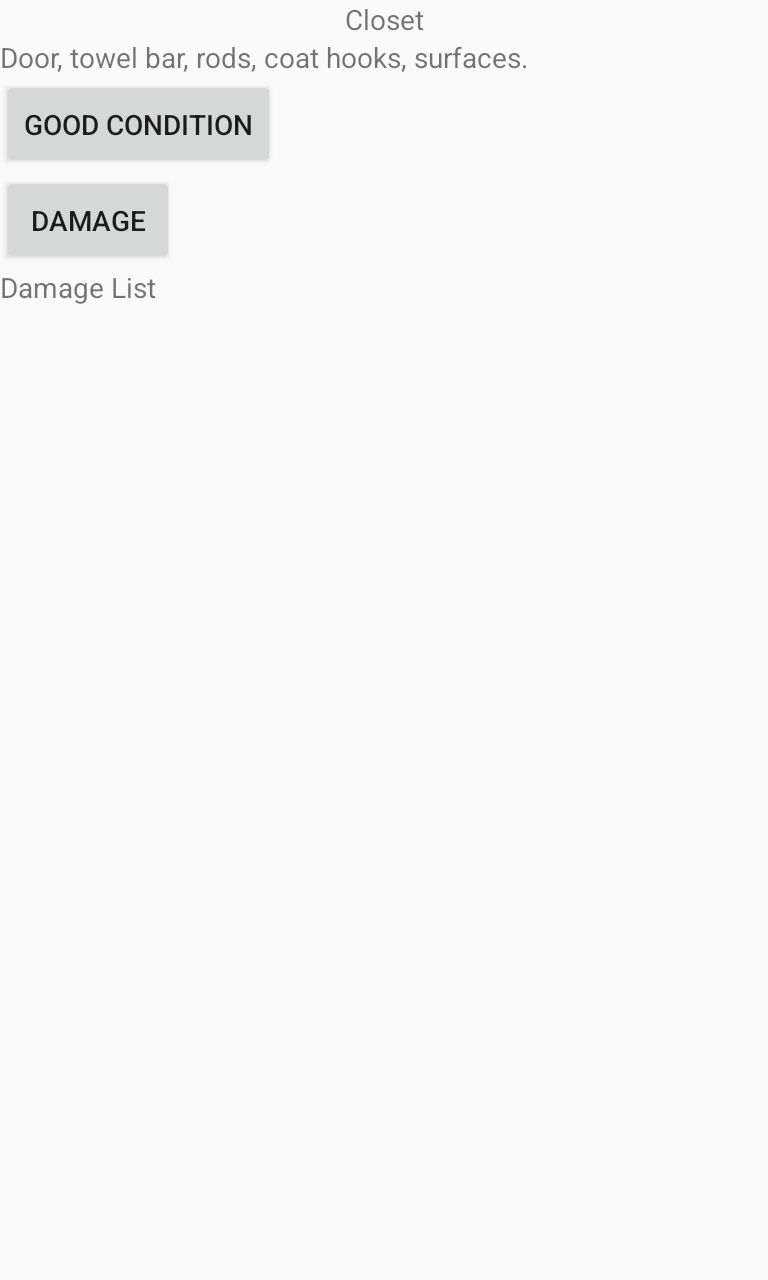
Repository: Android-BD/android-final-project
Layout: FinalProject/res/layout/rcr_form_element_fragment.xml
An editor plug-in stored every save of this project. The layout is shown before and after the next save, followed by the edit.
It is drawn on a 768 x 1280 px phone screen (xhdpi) without system bars, with theme AppTheme; the app's code is not run.

Above is the layout before, as saved 2014-05-08 02:12:52.

### FinalProject/res/layout/rcr_form_element_fragment.xml
<?xml version="1.0" encoding="utf-8"?>
<LinearLayout xmlns:android="http://schemas.android.com/apk/res/android"
    android:layout_width="match_parent"
    android:layout_height="match_parent"
    android:orientation="vertical" >

    <TextView android:id="@+id/category_title"
        android:layout_width="match_parent"
        android:layout_height="wrap_content"
        android:gravity="center"
        android:text="@string/category_title" />

    <TextView android:id="@+id/category_description"
        android:layout_width="match_parent"
        android:layout_height="wrap_content"
        android:text="@string/category_description" />

    <Button android:id="@+id/category_good_condition_button"
        android:layout_width="wrap_content"
        android:layout_height="wrap_content"
        android:text="@string/good_condition" />

    <Button android:id="@+id/category_note_damage_button"
        android:layout_width="wrap_content"
        android:layout_height="wrap_content"
        android:text="@string/damage" />

    <TextView android:id="@+id/damage_list"
        android:layout_width="match_parent"
        android:layout_height="0dp"
        android:layout_weight="1"
        android:text="@string/damage_list" />

</LinearLayout>

### FinalProject/res/values/strings.xml
<?xml version="1.0" encoding="utf-8"?>
<resources>

    <string name="app_name">FinalProject</string>
    <string name="hello_world">Hello world!</string>
    <string name="action_settings">Settings</string>
    <string name="search_rcrs">Search RCRs</string>
    <string name="new_rcr">New RCR</string>
    <string name="ra_last_name">RA\'s Last Name</string>
    <string name="ra_first_name">RA\'s First Name</string>
    <string name="resident_last_name">Resident\'s Last Name</string>
    <string name="resident_first_name">Resident\'s First Name</string>
    <string name="room_number">Room Number</string>
    <string name="previous">Previous</string>
    <string name="next">Next</string>
    <string name="good_condition">Good Condition</string>
    <string name="normal_wear">Normal Wear</string>
    <string name="damage">Damage</string>
    <string name="create">Create</string>
    <string name="left">Left</string>
    <string name="right">Right</string>
    <string name="check_in">Check In</string>
    <string name="check_out">Check Out</string>
    <string name="category_title">Closet</string>
    <string name="category_description">Door, towel bar, rods, coat hooks, surfaces.</string>
    <string name="note_damage">Note Damage</string>
    <string name="damage_list">Damage List</string>


</resources>

Loaded but not shown: FinalProject/res/values/styles.xml (common file); FinalProject/res/values-v11/styles.xml (common file); FinalProject/res/values-v14/styles.xml (common file)

After the next save:
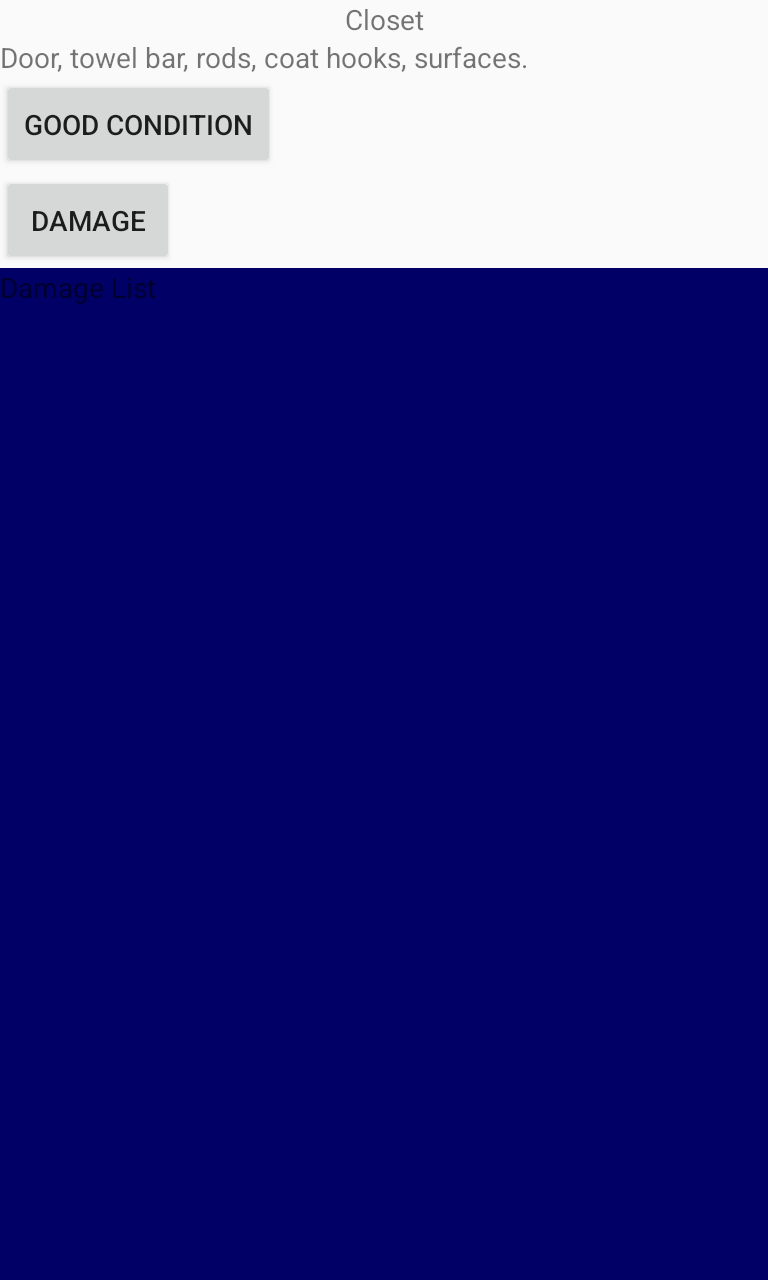
Saved 28 s later.
--- a/FinalProject/res/layout/rcr_form_element_fragment.xml
+++ b/FinalProject/res/layout/rcr_form_element_fragment.xml
@@ -29,6 +29,7 @@
         android:layout_width="match_parent"
         android:layout_height="0dp"
         android:layout_weight="1"
-        android:text="@string/damage_list" />
+        android:text="@string/damage_list"
+        android:background="#ff000066"/>
 
 </LinearLayout>
